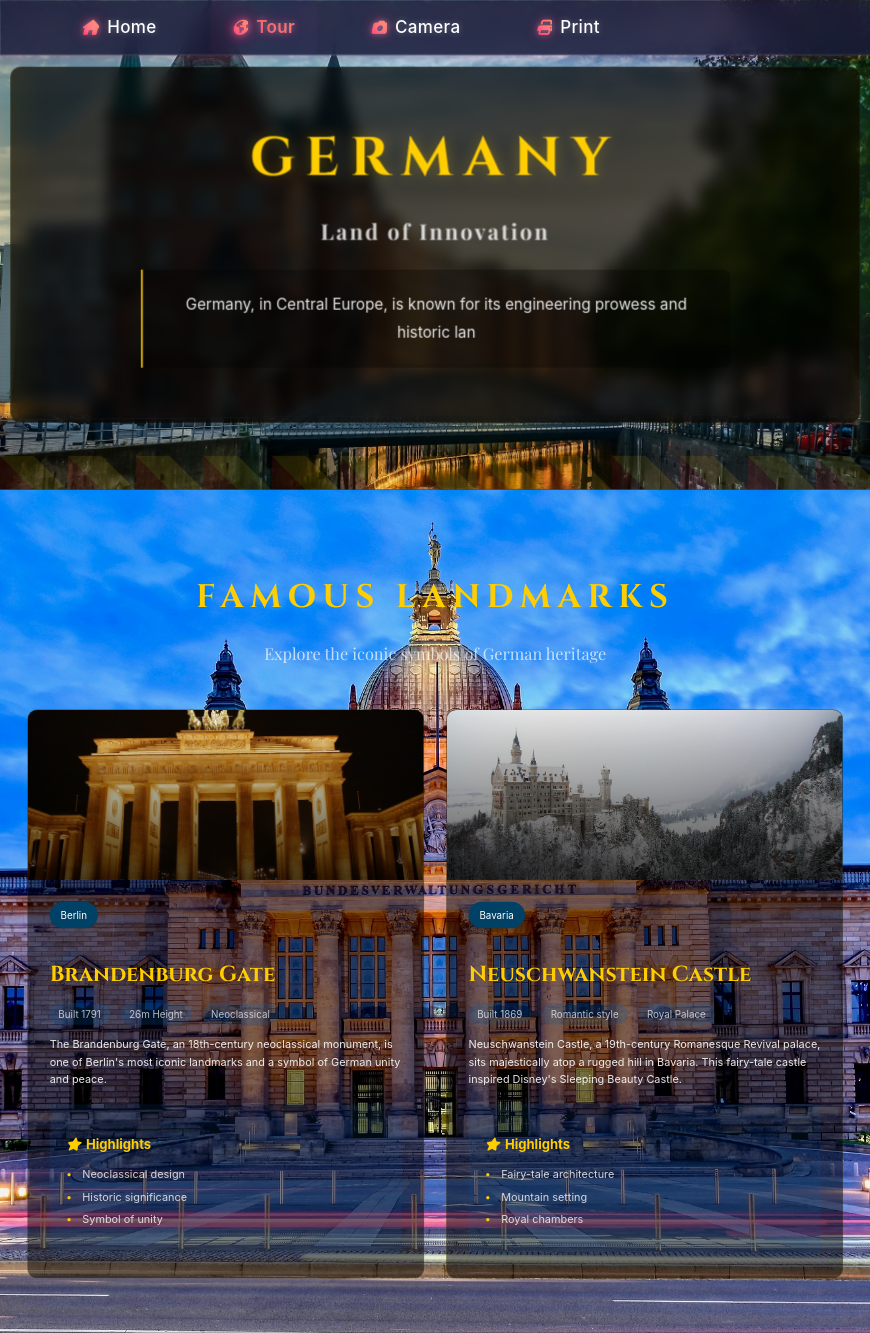
Repository: huang-heavenly-Emperor/NewYork
Page: Germany.html
These files come from the project's save history. The page is drawn as it stood at one moment and after the next save; the edit follows.
The browser window is 1280 px wide. The pictures show the whole page, at 68% of full size.

Above is the page before, as saved 2025-02-19 16:46:15.

### Germany.html
<!DOCTYPE html>
<html lang="en">

<head>
  <meta charset="UTF-8">
  <meta name="viewport" content="width=device-width, initial-scale=1.0">
  <title>Germany - Tour</title>
  <link rel="stylesheet" href="css/style.css">
  <link rel="stylesheet" href="css/germany.css">
  <link rel="stylesheet" href="css/animations.css">
  <link rel="stylesheet" href="lib/font-awesome.css">
  <link rel="preconnect" href="https://fonts.googleapis.com">
  <link rel="preconnect" href="https://fonts.gstatic.com" crossorigin>
  <link href="https://fonts.googleapis.com/css2?family=Cinzel:wght@400;700&family=Playfair+Display:wght@400;700&display=swap" rel="stylesheet">
</head>

<body>
  <!-- 主要内容区 -->
  <main class="main-content">
    <!-- 英雄横幅 -->
    <div class="hero-banner">
      <div class="overlay"></div>
      <div class="german-pattern top"></div>
      <div class="german-pattern bottom"></div>

      <!-- 导航栏 -->
      <nav class="main-nav">
        <ul class="nav-links">
          <li>
            <a href="index.html">
              <i class="fas fa-home"></i>
              Home
            </a>
          </li>
          <li class="dropdown">
            <a href="tour.html" class="active">
              <i class="fas fa-globe-americas"></i>
              Tour
            </a>
            <ul class="dropdown-menu">
              <li class="nested-dropdown">
                <a href="#">
                  Asia
                </a>
                <ul class="nested-dropdown-menu">
                  <li class="nested-dropdown">
                    <a href="china.html">
                      China
                    </a>
                    <ul class="nested-dropdown-menu">
                      <li>
                        <a href="great-wall.html">
                          <span>Great Wall</span>
                        </a>
                      </li>
                      <li>
                        <a href="forbidden-city.html">
                          <span>Forbidden City</span>
                        </a>
                      </li>
                      <li>
                        <a href="yellow-mountain.html">
                          <span>Yellow Mountain</span>
                        </a>
                      </li>
                    </ul>
                  </li>
                  <li class="nested-dropdown">
                    <a href="japan.html">
                      Japan
                    </a>
                    <ul class="nested-dropdown-menu">
                      <li>
                        <a href="mount-fuji.html">
                          <span>Mount Fuji</span>
                        </a>
                      </li>
                      <li>
                        <a href="kyoto.html">
                          <span>Kyoto Temples</span>
                        </a>
                      </li>
                      <li>
                        <a href="tokyo.html">
                          <span>Tokyo Tower</span>
                        </a>
                      </li>
                    </ul>
                  </li>
                </ul>
              </li>
              <li class="nested-dropdown">
                <a href="#">
                  Africa
                </a>
                <ul class="nested-dropdown-menu">
                  <li class="nested-dropdown">
                    <a href="egypt.html">
                      Egypt
                    </a>
                    <ul class="nested-dropdown-menu">
                      <li>
                        <a href="pyramids.html">
                          <span>Pyramids</span>
                        </a>
                      </li>
                      <li>
                        <a href="sphinx.html">
                          <span>Sphinx</span>
                        </a>
                      </li>
                      <li>
                        <a href="nile.html">
                          <span>Nile River</span>
                        </a>
                      </li>
                    </ul>
                  </li>
                </ul>
              </li>
              <li class="nested-dropdown">
                <a href="#" class="active">
                  Europe
                </a>
                <ul class="nested-dropdown-menu">
                  <li class="nested-dropdown">
                    <a href="france.html">
                      France
                    </a>
                    <ul class="nested-dropdown-menu">
                      <li>
                        <a href="eiffel.html">
                          <span>Eiffel Tower</span>
                        </a>
                      </li>
                      <li>
                        <a href="louvre.html">
                          <span>Louvre Museum</span>
                        </a>
                      </li>
                    </ul>
                  </li>
                  <li class="nested-dropdown">
                    <a href="italy.html">
                      Italy
                    </a>
                    <ul class="nested-dropdown-menu">
                      <li>
                        <a href="colosseum.html">
                          <span>Colosseum</span>
                        </a>
                      </li>
                      <li>
                        <a href="vatican.html">
                          <span>Vatican City</span>
                        </a>
                      </li>
                    </ul>
                  </li>
                  <li class="nested-dropdown">
                    <a href="uk.html">
                      United Kingdom
                    </a>
                    <ul class="nested-dropdown-menu">
                      <li>
                        <a href="big-ben.html">
                          <span>Big Ben</span>
                        </a>
                      </li>
                      <li>
                        <a href="tower-bridge.html">
                          <span>Tower Bridge</span>
                        </a>
                      </li>
                    </ul>
                  </li>
                  <li class="nested-dropdown">
                    <a href="germany.html" class="active">
                      Germany
                    </a>
                    <ul class="nested-dropdown-menu">
                      <li>
                        <a href="brandenburg.html">
                          <span>Brandenburg Gate</span>
                        </a>
                      </li>
                      <li>
                        <a href="neuschwanstein.html">
                          <span>Neuschwanstein</span>
                        </a>
                      </li>
                    </ul>
                  </li>
                </ul>
              </li>
              <li class="nested-dropdown">
                <a href="tour.html">
                  America
                </a>
                <ul class="nested-dropdown-menu">
                  <li class="usa-dropdown">
                    <a href="tour.html">
                      The USA
                    </a>
                    <ul class="usa-dropdown-menu">
                      <li>
                        <a href="wall-street.html">
                          <span>Wall Street</span>
                        </a>
                      </li>
                      <li>
                        <a href="times-square.html">
                          <span>Times Square</span>
                        </a>
                      </li>
                      <li>
                        <a href="central-park.html">
                          <span>Central Park</span>
                        </a>
                      </li>
                      <li>
                        <a href="broadway.html">
                          <span>Broadway</span>
                        </a>
                      </li>
                    </ul>
                  </li>
                </ul>
              </li>
              <li>
                <a href="others.html">
                  Others
                </a>
              </li>
            </ul>
          </li>
          <li>
            <a href="camera.html">
              <i class="fas fa-camera"></i>
              Camera
            </a>
          </li>
          <li>
            <a href="print.html">
              <i class="fas fa-print"></i>
              Print
            </a>
          </li>
        </ul>
      </nav>

      <!-- 卷轴容器 -->
      <div class="scroll-container">
        <div class="scroll-decoration left"></div>
        <div class="scroll-decoration right"></div>
        <div class="scroll-inner">
          <h1 class="city-title">
            <span class="english-title">Germany</span>
            <span class="subtitle">Land of Innovation</span>
          </h1>
          <div class="intro-quote typewriter-text" data-text="Germany, in Central Europe, is known for its engineering prowess and historic landmarks. Berlin, its capital, features the Brandenburg Gate and remnants of the Berlin Wall. Germany is famous for its beer culture, Oktoberfest, and contributions to classical music with composers like Beethoven. Its diverse regions include the Black Forest and Bavarian Alps.">
          </div>
        </div>
      </div>
    </div>

    <!-- 地标部分 -->
    <section class="continent-section">
      <div class="section-header">
        <h2 class="section-title">Famous Landmarks</h2>
        <p class="section-subtitle">Explore the iconic symbols of German heritage</p>
      </div>

      <!-- 地标卡片网格 -->
      <div class="landmark-grid">
        <!-- 勃兰登堡门卡片 -->
        <a href="brandenburg.html" class="landmark-link">
          <div class="landmark-card">
            <div class="landmark-image">
              <img src="images/brandenburg.jpg" alt="Brandenburg Gate">
              <div class="image-overlay"></div>
            </div>
            <div class="landmark-content">
              <div class="content-inner">
                <span class="location-tag">Berlin</span>
                <h2>Brandenburg Gate</h2>
                <div class="quick-info">
                  <span>Built 1791</span>
                  <span>26m Height</span>
                  <span>Neoclassical</span>
                </div>
                <p class="description">
                  The Brandenburg Gate, an 18th-century neoclassical monument, is one of Berlin's most iconic landmarks and a symbol of German unity and peace.
                </p>
                <div class="highlights">
                  <h3><i class="fas fa-star"></i> Highlights</h3>
                  <ul>
                    <li>Neoclassical design</li>
                    <li>Historic significance</li>
                    <li>Symbol of unity</li>
                  </ul>
                </div>
              </div>
            </div>
          </div>
        </a>

        <!-- 新天鹅堡卡片 -->
        <a href="neuschwanstein.html" class="landmark-link">
          <div class="landmark-card">
            <div class="landmark-image">
              <img src="images/neuschwanstein.jpg" alt="Neuschwanstein Castle">
              <div class="image-overlay"></div>
            </div>
            <div class="landmark-content">
              <div class="content-inner">
                <span class="location-tag">Bavaria</span>
                <h2>Neuschwanstein Castle</h2>
                <div class="quick-info">
                  <span>Built 1869</span>
                  <span>Romantic style</span>
                  <span>Royal Palace</span>
                </div>
                <p class="description">
                  Neuschwanstein Castle, a 19th-century Romanesque Revival palace, sits majestically atop a rugged hill in Bavaria. This fairy-tale castle inspired Disney's Sleeping Beauty Castle.
                </p>
                <div class="highlights">
                  <h3><i class="fas fa-star"></i> Highlights</h3>
                  <ul>
                    <li>Fairy-tale architecture</li>
                    <li>Mountain setting</li>
                    <li>Royal chambers</li>
                  </ul>
                </div>
              </div>
            </div>
          </div>
        </a>
      </div>
    </section>
  </main>

  <script>
    document.addEventListener('DOMContentLoaded', function() {
      const typewriterText = document.querySelector('.typewriter-text');
      const text = typewriterText.getAttribute('data-text');
      typewriterText.textContent = '';

      let charIndex = 0;
      const typingSpeed = 50;

      function typeText() {
        if (charIndex < text.length) {
          typewriterText.textContent += text.charAt(charIndex);
          charIndex++;
          setTimeout(typeText, typingSpeed);
        } else {
          typewriterText.classList.add('typing-complete');
        }
      }

      setTimeout(typeText, 1000);
    });
  </script>
</body>

</html>

### lib/font-awesome.css
@font-face {
    font-family: 'Font Awesome 6 Free';
    font-style: normal;
    font-weight: 900;
    src: url('webfonts/fa-solid-900.woff2') format('woff2');
}

.fas {
    font-family: 'Font Awesome 6 Free';
    font-weight: 900;
}

.fa-home:before {
    content: "\f015";
}

.fa-globe-americas:before {
    content: "\f57d";
}

.fa-torii-gate:before {
    content: "\f6a1";
}

.fa-sun:before {
    content: "\f185";
}

.fa-landmark:before {
    content: "\f66f";
}

.fa-flag-usa:before {
    content: "\f74d";
}

.fa-star:before {
    content: "\f005";
}

.fa-chart-line:before {
    content: "\f201";
}

.fa-city:before {
    content: "\f64f";
}

.fa-tree:before {
    content: "\f1bb";
}

.fa-theater-masks:before {
    content: "\f630";
}

.fa-ellipsis-h:before {
    content: "\f141";
}

.fa-camera:before {
    content: "\f030";
}

.fa-print:before {
    content: "\f02f";
}

.fa-arrow-left:before {
    content: "\f060";
}

Loaded but not shown: css/style.css (502 lines, source omitted); css/germany.css (408 lines, source omitted); css/animations.css (299 lines, source omitted)

After the next save:
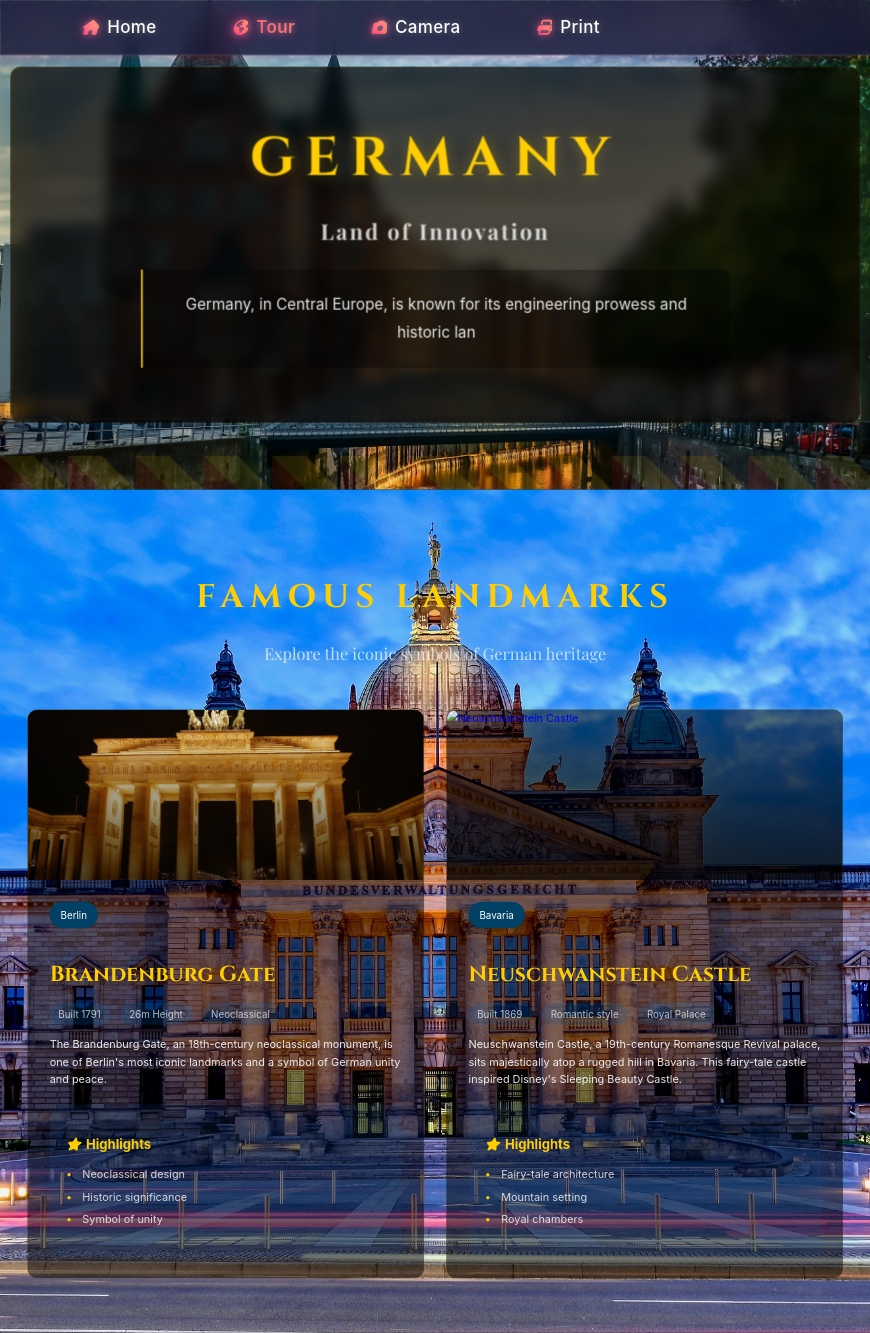
Not found: images/新天鹅堡.jpg
Saved 114 s later.
--- a/Germany.html
+++ b/Germany.html
@@ -309,7 +309,7 @@
         <a href="neuschwanstein.html" class="landmark-link">
           <div class="landmark-card">
             <div class="landmark-image">
-              <img src="images/neuschwanstein.jpg" alt="Neuschwanstein Castle">
+              <img src="images/新天鹅堡.jpg" alt="Neuschwanstein Castle">
               <div class="image-overlay"></div>
             </div>
             <div class="landmark-content">

After the save that followed:
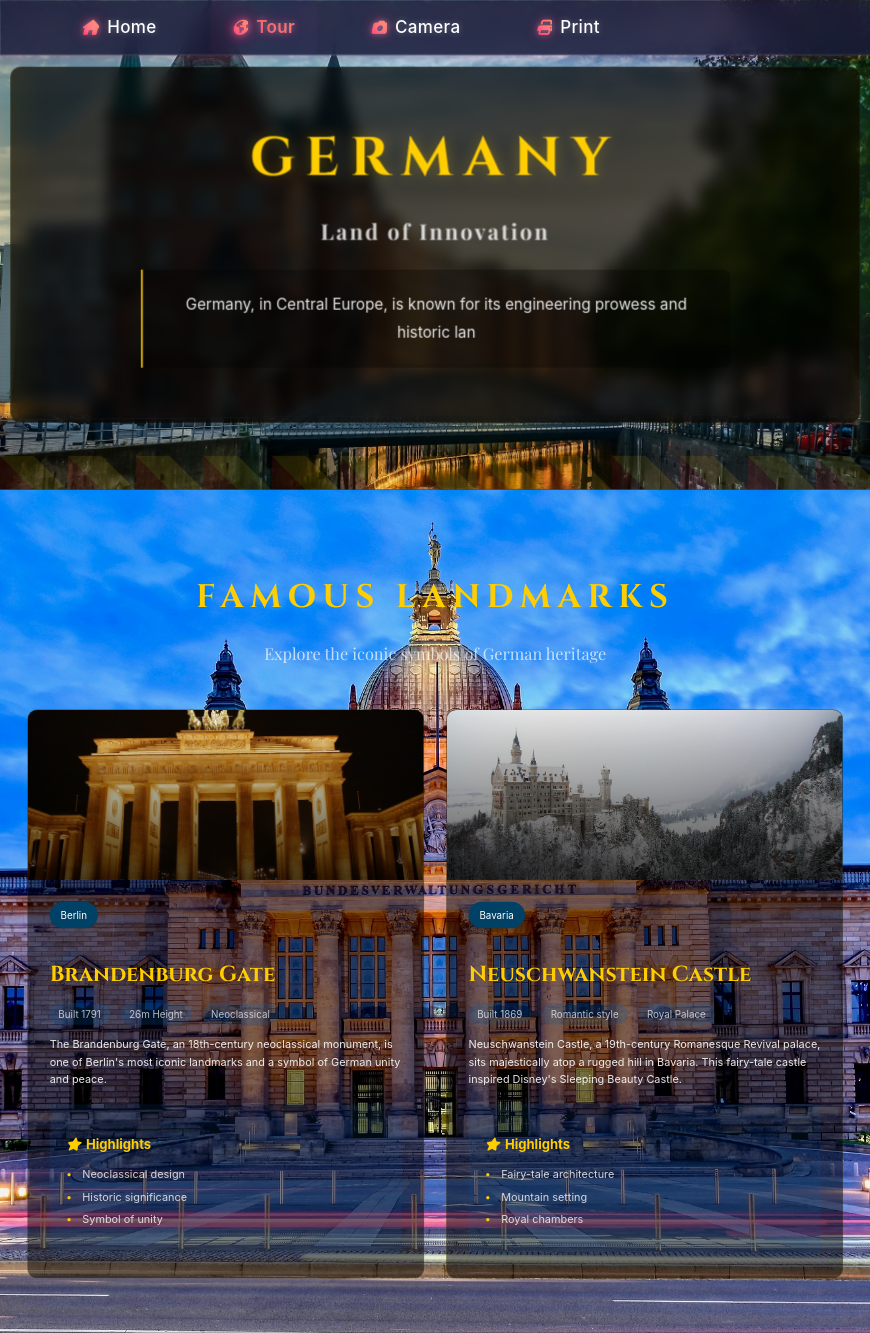
Saved 10 s later.
--- a/Germany.html
+++ b/Germany.html
@@ -309,7 +309,7 @@
         <a href="neuschwanstein.html" class="landmark-link">
           <div class="landmark-card">
             <div class="landmark-image">
-              <img src="images/新天鹅堡.jpg" alt="Neuschwanstein Castle">
+              <img src="images/neuschwanstein.jpg" alt="Neuschwanstein Castle">
               <div class="image-overlay"></div>
             </div>
             <div class="landmark-content">
